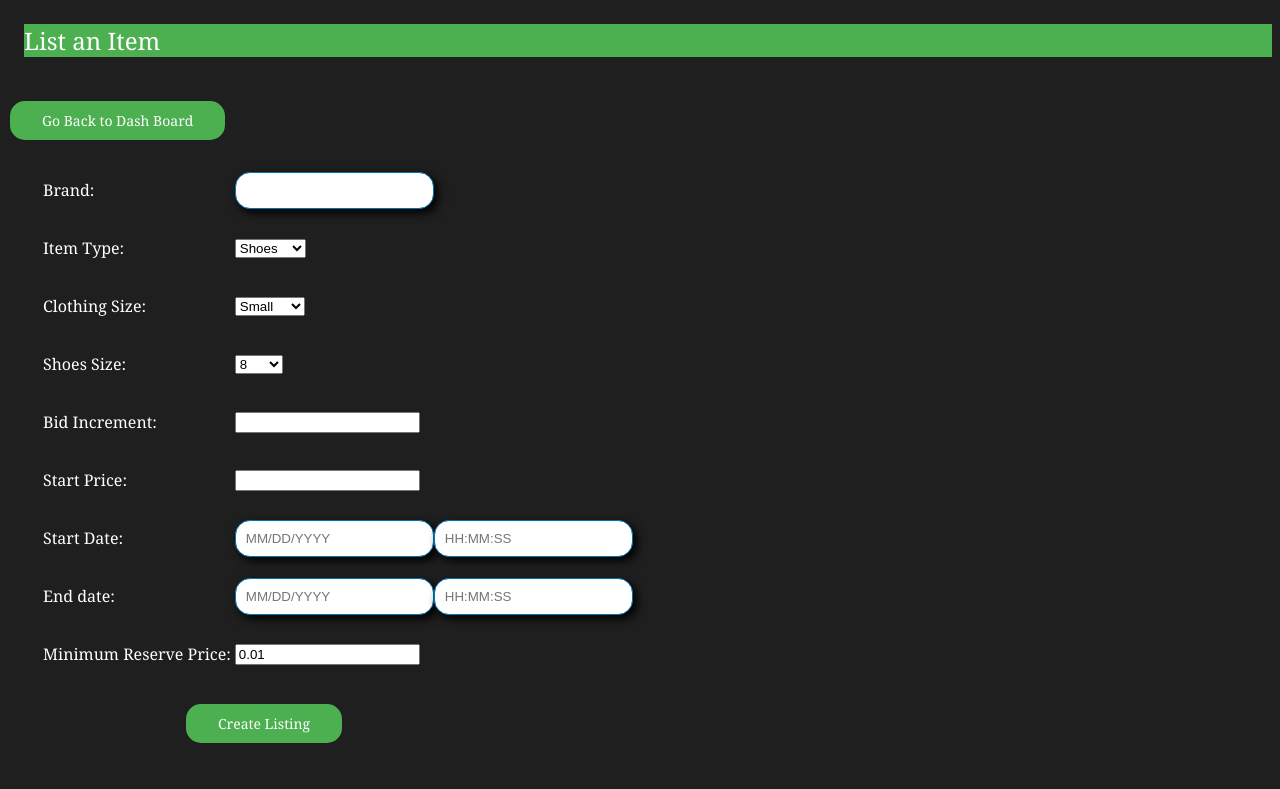
Repository: JephteyAdolphe/auction-system
Page: http://localhost/project/createListing.jsp
These files come from the project's save history. The page is drawn as it stood at one moment and after the next save; the edit follows.
The browser window is 1280 px wide. The pictures show the whole page.
The page is served by Tomcat 10.

Above is the page before, as saved 2021-04-04 12:11:06.

After the next save:
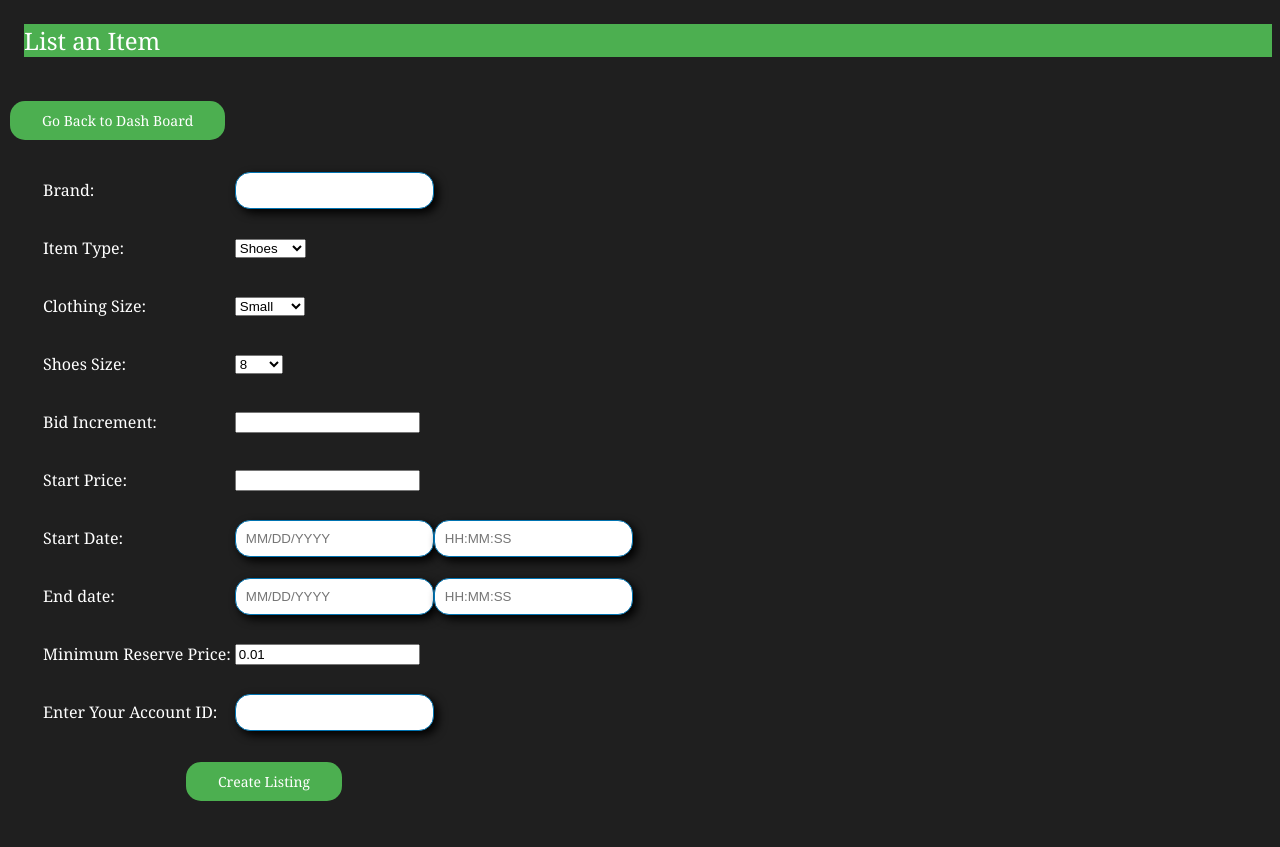
Saved 5 min 52 s later.
--- a/project/WebContent/createListing.jsp
+++ b/project/WebContent/createListing.jsp
@@ -90,6 +90,10 @@
 					<td><p style="font-family:georgia,garamond,serif;font-size:16px;color:white;">
          			Minimum Reserve Price:</p></td><td><input type="number" min="0.00" step="0.01" value="0.01" name="min_price"></td>
 				</tr>
+				<tr>
+					<td><p style="font-family:georgia,garamond,serif;font-size:16px;color:white;">
+         			Enter Your Account ID:</p> </td> <td><input type="text" name="account_id"></td>
+				</tr>
 			</table>
 			</div>
 			<div class="submit">
